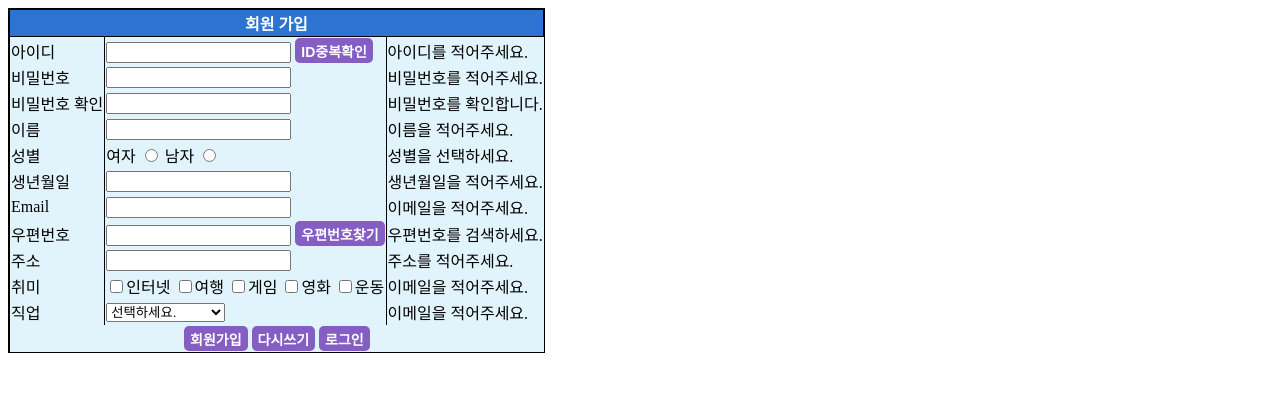
Repository: JeongminHW/Web_study
Page: HTML/myHTML/src/main/webapp/ch07/member.html
These files come from the project's save history. The page is drawn as it stood at one moment and after the next save; the edit follows.
The browser window is 1280 px wide. The pictures show the whole page.

Above is the page before, as saved 2024-07-10 07:40:19.

### HTML/myHTML/src/main/webapp/ch07/member.html
<!DOCTYPE html>
<html>
<head>
<meta charset="UTF-8">
<title>Insert title here</title>
<link rel="stylesheet" href="mycss2.css">
</head>
<body>
	<table>
		<tr>
			<th colspan="15">회원 가입</th>
		</tr>

		<tr>
			<td>아이디</td>
			<td colspan="7"><input type="text" name="id"> <input
				class="btn" type="button" name="check" value="ID중복확인"></td>
			<td>아이디를 적어주세요.</td>
		</tr>

		<tr>
			<td>비밀번호</td>
			<td colspan="7"><input type="pw" name="pw"></td>
			<td>비밀번호를 적어주세요.</td>
		</tr>

		<tr>
			<td>비밀번호 확인</td>
			<td colspan="7"><input type="pw" name="pwchk"></td>
			<td>비밀번호를 확인합니다.</td>
		</tr>

		<tr>
			<td>이름</td>
			<td colspan="7"><input type="text" name="name"></td>
			<td>이름을 적어주세요.</td>
		</tr>

		<tr>
			<td>성별</td>
			<td colspan="7">여자 <input type="radio" name="gender" value="여자">
				남자 <input type="radio" name="gender" value="남자">
			</td>
			<td>성별을 선택하세요.</td>
		</tr>

		<tr>
			<td>생년월일</td>
			<td colspan="7"><input type="number" name="birth"></td>
			<td>생년월일을 적어주세요.</td>
		</tr>

		<tr>
			<td>Email</td>
			<td colspan="7"><input type="email" name="email"></td>
			<td>이메일을 적어주세요.</td>
		</tr>

		<tr>
			<td>우편번호</td>
			<td colspan="7"><input type="number" name="mailnum"> <input
				class="btn" type="button" name="mailsearch" value="우편번호찾기"></td>
			<td>우편번호를 검색하세요.</td>
		</tr>

		<tr>
			<td>주소</td>
			<td colspan="7"><input type="text" name="address"></td>
			<td>주소를 적어주세요.</td>
		</tr>

		<tr>
			<td>취미</td>
			<td colspan="7"><input type="checkbox" name="internet">인터넷</input>
				<input type="checkbox" name="trip">여행</input> <input type="checkbox"
				name="game">게임</input> <input type="checkbox" name="movie">영화</input>
				<input type="checkbox" name="exercise">운동</input></td>
			<td>이메일을 적어주세요.</td>
		</tr>

		<tr>
			<td>직업</td>
			<td colspan="7"><select>
					<option value="0" selected>선택하세요.
					<option value="회사원">회사원
					<option value="연구전문직">연구전문직
					<option value="교수학생">교수학생
					<option value="일반자영업">일반자영업
					<option value="공무원">공무원
					<option value="의료인">의료인
					<option value="법조인">법조인
					<option value="종교,언론,에술인">종교.언론/예술인
					<option value="농,축,수산,광업인">농/축/수산/광업인
					<option value="주부">주부
					<option value="무직">무직
					<option value="기타">기타
			</select></td>
			<td>이메일을 적어주세요.</td>
		</tr>

		<tr>
			<td colspan="10" align="center"><input class="btn" type="submit" name="sign"
				value="회원가입"> <input class="btn" type="reset" name="reset" value="다시쓰기">
				<input class="btn" type="button" name="login" value="로그인"></td>
		</tr>
	</table>
</body>
</html>

### HTML/myHTML/src/main/webapp/ch07/mycss2.css
@charset "UTF-8";

table{
border: 1px solid #000;
border-collapse: separate;
border-spacing: 0;
background: #E2F4FB;
}

td{
	border-left: 1px solid #000;
}

th{
	border: 1px solid #000;
	border-collapse: separate;
	border-spacing: 0;
	background-color: #2C73D2;
	color:white;
}

.btn{
	background: #845EC2;
	width: auto;
	height: 25px;
	border: none;
	border-radius: 5px;
	color: white;
	font-size: 14px;
	font-weight: bold;
}

After the next save:
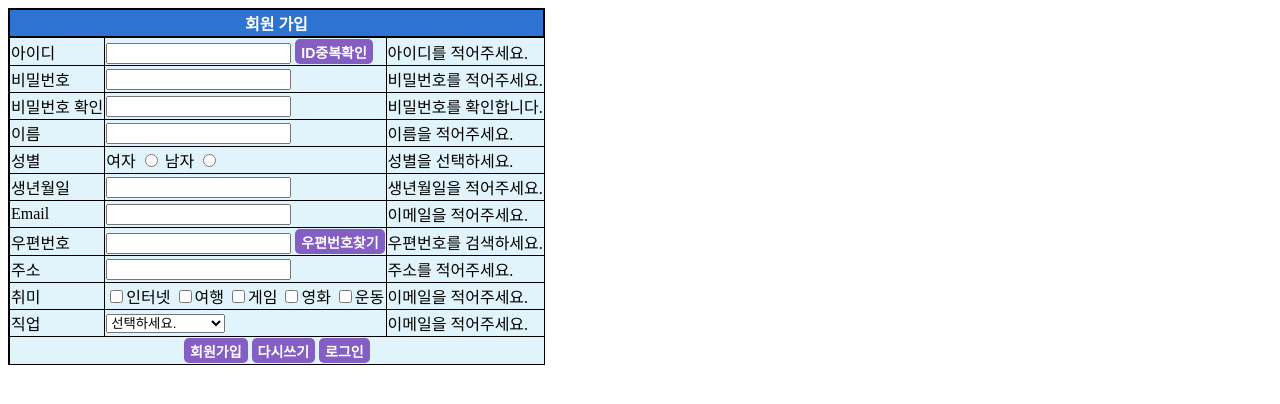
Saved 25 s later.
--- a/HTML/myHTML/src/main/webapp/ch07/mycss2.css
+++ b/HTML/myHTML/src/main/webapp/ch07/mycss2.css
@@ -9,6 +9,7 @@ background: #E2F4FB;
 
 td{
 	border-left: 1px solid #000;
+	border-top: 1px solid #000;
 }
 
 th{
